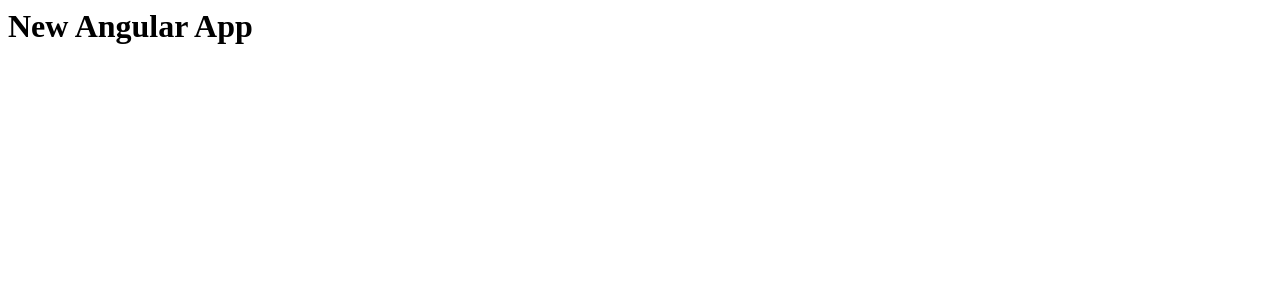
Repository: shariftasrik/My_Internship_Dohatec
Page: Day_5/Guards/Auth_Routes/src/app/app.html
The author's editor kept a copy of each file at every save. The page is drawn from the files as they stood at one save, then again after the next save.
The browser window is 1280 px wide. The pictures show the whole page.

Above is the page before, as saved 2025-11-25 12:59:51.

### Day_5/Guards/Auth_Routes/src/app/app.html
<h1>New Angular App</h1>

<app-resource-api></app-resource-api>



<router-outlet/>

After the next save:
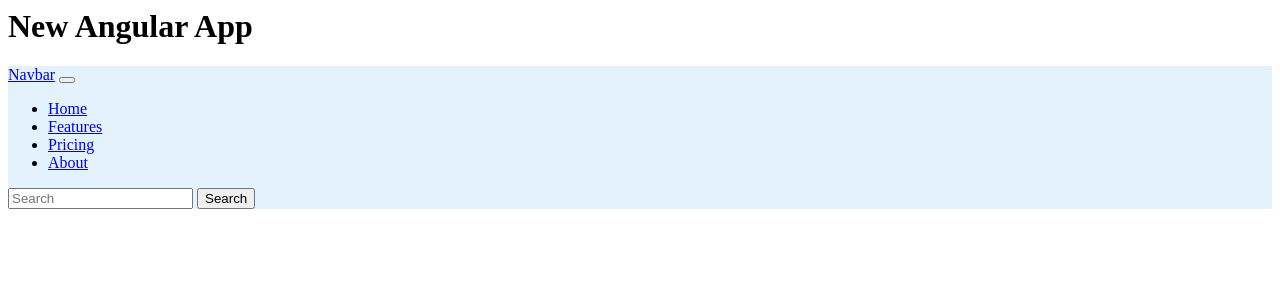
Saved 108 s later.
--- a/Day_5/Guards/Auth_Routes/src/app/app.html
+++ b/Day_5/Guards/Auth_Routes/src/app/app.html
@@ -2,6 +2,33 @@
 
 <app-resource-api></app-resource-api>
 
-
+<nav class="navbar navbar-expand-lg" style="background-color: #e3f2fd;" data-bs-theme="light">
+<div class="container-fluid">
+  <a class="navbar-brand" href="#">Navbar</a>
+  <button class="navbar-toggler collapsed" type="button" data-bs-toggle="collapse" data-bs-target="#navbarColor03" aria-controls="navbarColor03" aria-expanded="false" aria-label="Toggle navigation">
+    <span class="navbar-toggler-icon"></span>
+  </button>
+  <div class="navbar-collapse collapse" id="navbarColor03" style="">
+    <ul class="navbar-nav me-auto mb-2 mb-lg-0">
+      <li class="nav-item">
+        <a class="nav-link active" aria-current="page" href="#">Home</a>
+      </li>
+      <li class="nav-item">
+        <a class="nav-link" href="#">Features</a>
+      </li>
+      <li class="nav-item">
+        <a class="nav-link" href="#">Pricing</a>
+      </li>
+      <li class="nav-item">
+        <a class="nav-link" href="#">About</a>
+      </li>
+    </ul>
+    <form class="d-flex" role="search">
+      <input class="form-control me-2" type="search" placeholder="Search" aria-label="Search">
+      <button class="btn btn-outline-primary" type="submit">Search</button>
+    </form>
+  </div>
+</div>
+</nav>
 
 <router-outlet/>
